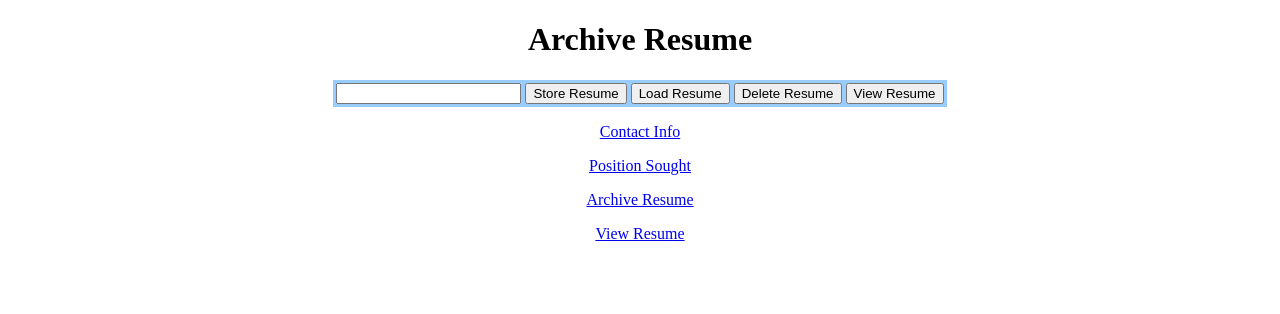
Repository: HyveMynd/cs4540
Page: http://localhost/archive.php
An editor plug-in stored every save of this project. The page is shown before and after the next save, followed by the edit.
The browser window is 1280 px wide. The pictures show the whole page.
Some web libraries are served in a nearby version. The page is run by PHP 8.4 with error messages shown; the project is at /var/www/html/.

Above is the page before, as saved 2013-02-18 04:58:43.

After the next save:
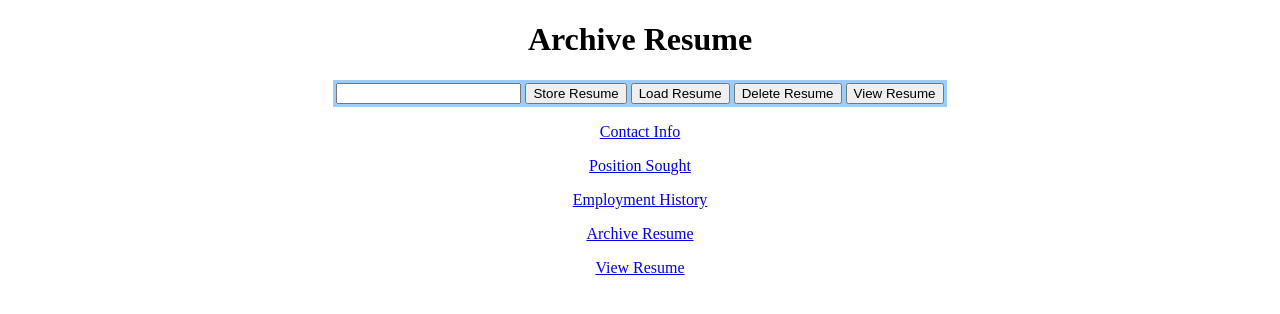
Saved 31 s later.
--- a/ps5/archive.php
+++ b/ps5/archive.php
@@ -23,6 +23,7 @@ require 'functions.php';
 	</table>
 	<p><a href="contactInfo.php" >Contact Info</a></p>
 	<p><a href="positionSought.php" >Position Sought</a></p>
+	<p><a href="employmentHistory.php" >Employment History</a></p>
 	<p><a href="archive.php" >Archive Resume</a></p>
 	<p><a href="resume.php" >View Resume</a></p>
 </body>
